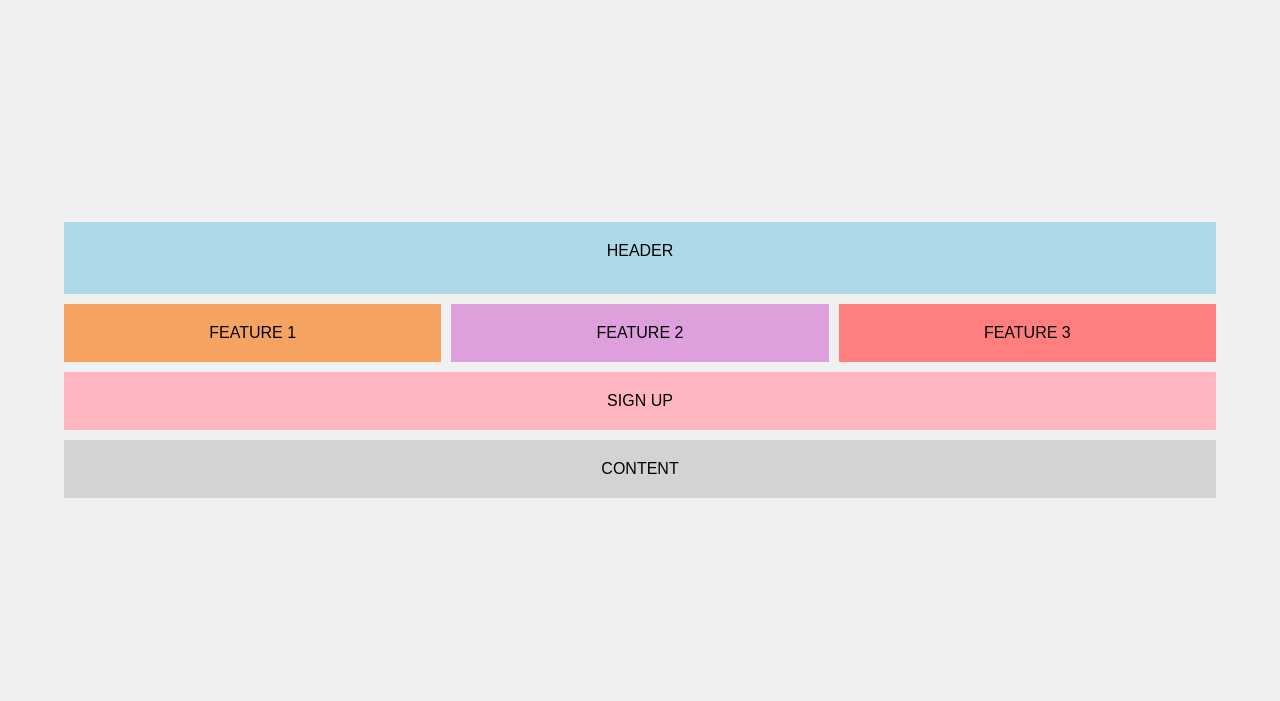
Repository: viveknaidu007/repo-152-FSD-InnomaticsTasksSep2024
Page: task_3/index.html
These files come from the project's save history. The page is drawn as it stood at one moment and after the next save; the edit follows.
The browser window is 1280 px wide. The pictures show the whole page.

Above is the page before, as saved 2024-10-02 11:28:18.

After the next save:
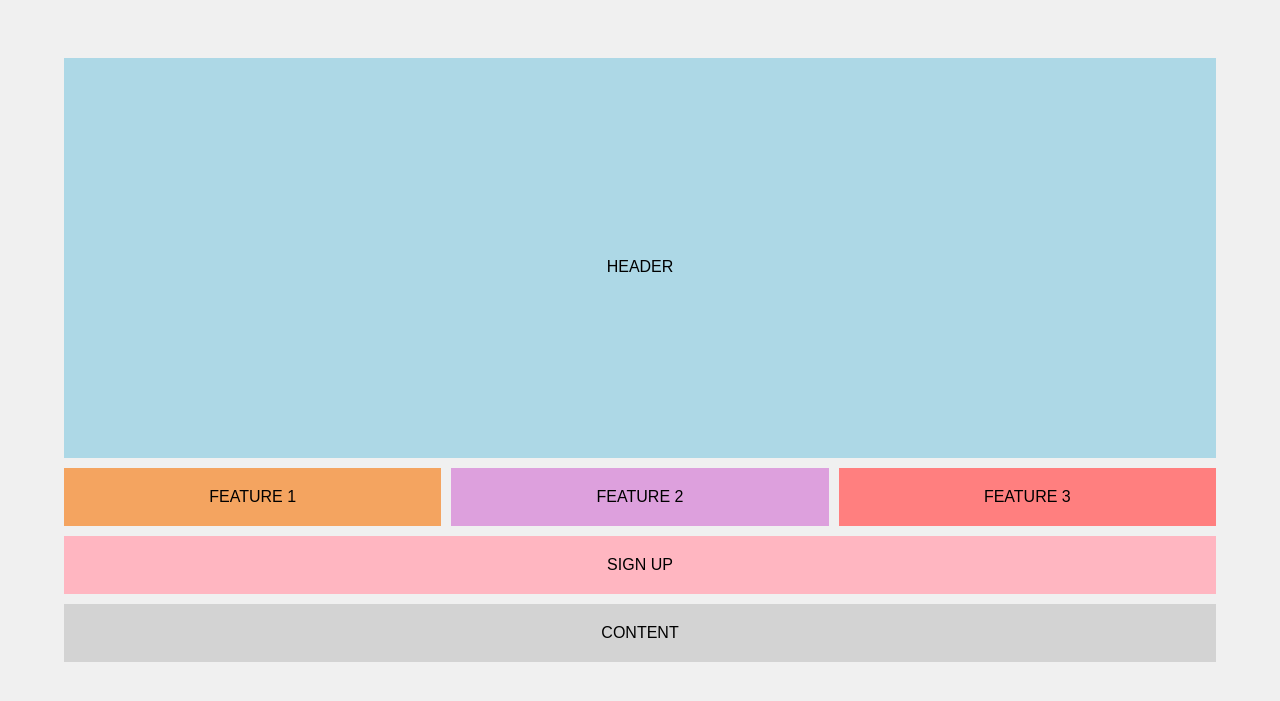
Saved 45 s later.
--- a/task_3/styles.css
+++ b/task_3/styles.css
@@ -32,7 +32,7 @@
     grid-area: header;
     background-color: #add8e6;
     text-align: center;
-    padding: 20px;
+    padding: 200px;
     position: static;
     height: 10vh;
   }

After the save that followed:
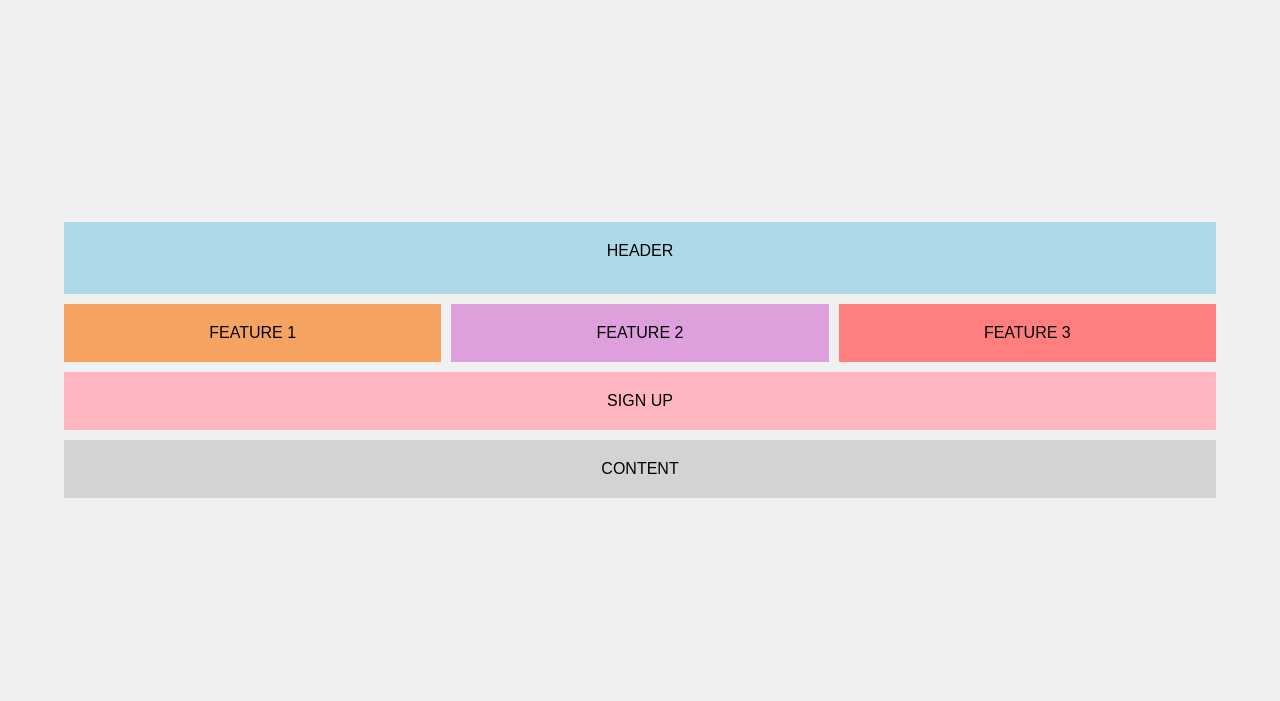
Saved 5 s later.
--- a/task_3/styles.css
+++ b/task_3/styles.css
@@ -32,7 +32,7 @@
     grid-area: header;
     background-color: #add8e6;
     text-align: center;
-    padding: 200px;
+    padding: 20px;
     position: static;
     height: 10vh;
   }
